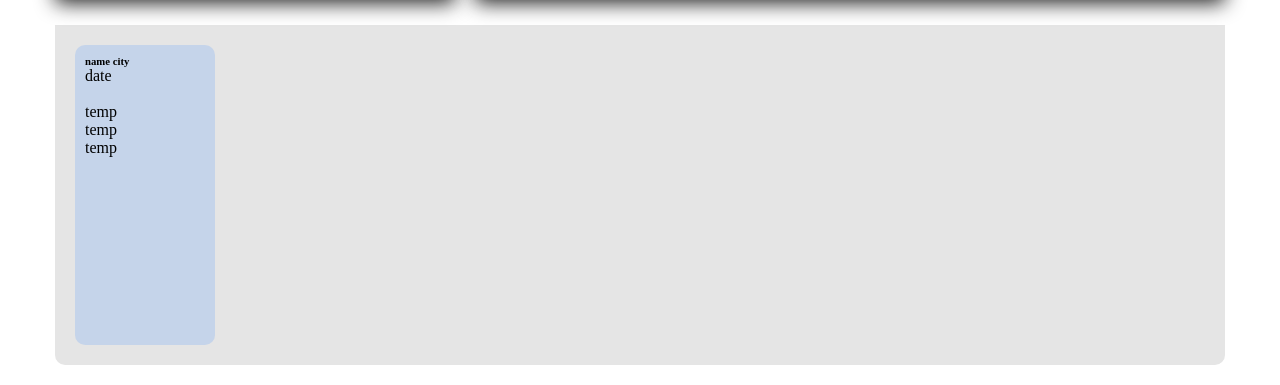
Repository: YuraKrvz/my_weather2
Page: /
An editor plug-in stored every save of this project. The page is shown before and after the next save, followed by the edit.
The browser window is 1280 px wide. The pictures show the part of the page from y = 390 to 1035 px (the page is 775 px tall before and 1035 px after).
The project was rebuilt for these pictures with package versions that can differ from the ones it lists, and the page was loaded fresh each time.

Above is the page before, as saved 2022-01-25 19:30:06.

After the next save:
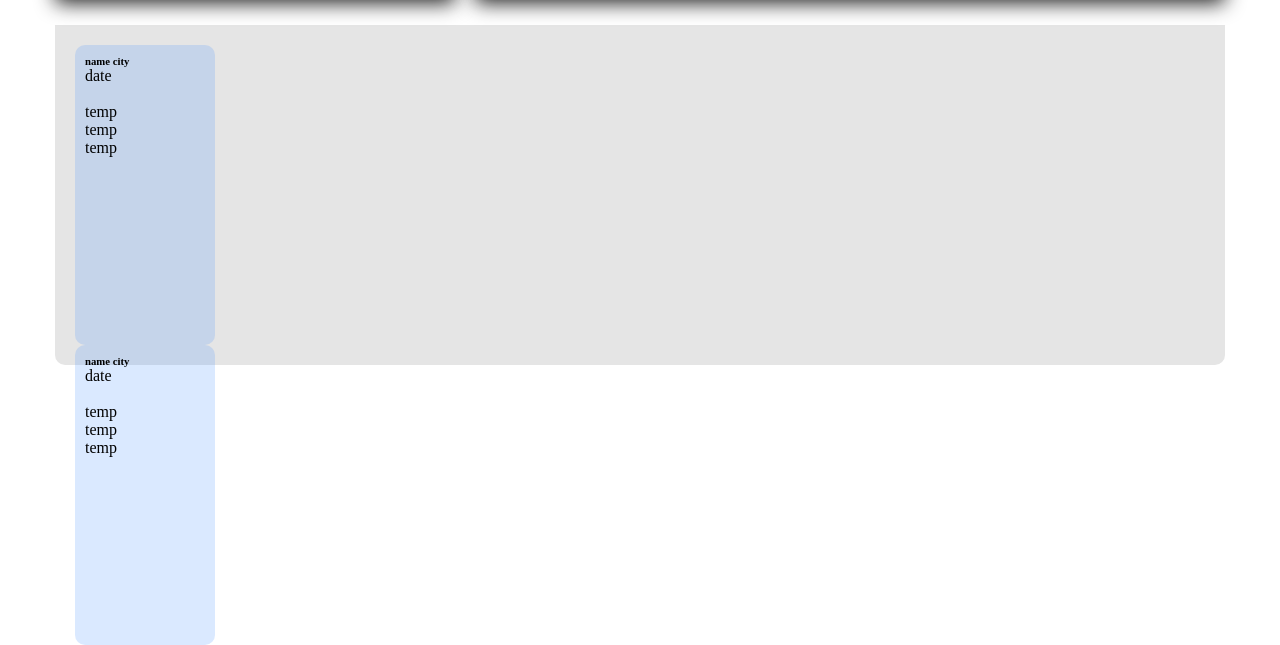
Saved 26 s later.
--- a/src/components/ListCities/ListCities.jsx
+++ b/src/components/ListCities/ListCities.jsx
@@ -12,6 +12,15 @@ export default function ListCities() {
          <p className={s.temp__min}>temp</p>
          <p className={s.precipitation}>temp</p>
        </div>
+
+       <div className={s.city}>
+         <h6 className={s.name}>name city</h6>
+         <p className={s.date}>date</p>
+         <img />
+         <p className={s.temp__max}>temp</p>
+         <p className={s.temp__min}>temp</p>
+         <p className={s.precipitation}>temp</p>
+       </div>
      </section>
   );
 };
